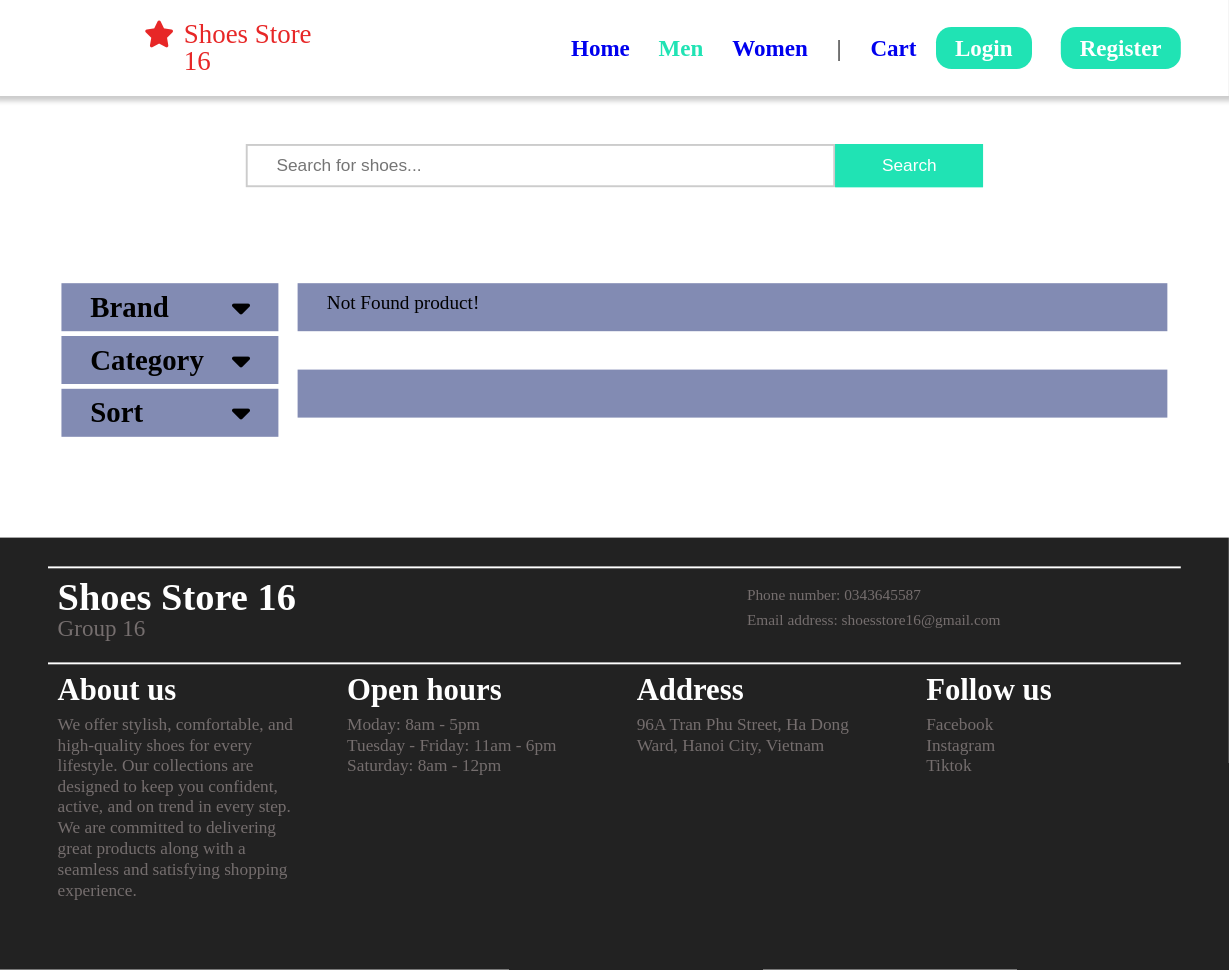
Repository: Trung0810/btl_cnpm_fe
Page: /men
The author's editor kept a copy of each file at every save. The page is drawn from the files as they stood at one save, then again after the next save.
The browser window is 1280 px wide. The pictures show the whole page, at 96% of full size.
The page's requests for data from a server got no answer. The project was rebuilt for these pictures with package versions that can differ from the ones it lists, and the page was loaded fresh each time. No one was signed in, and anything a server would have sent is missing. Also part of the build but not shown: src/components/shoes_list/ShoesCard.css, src/components/shoes_list/ShoesCard.js, src/components/overlay/Overlay.css, src/components/overlay/Overlay.js, src/components/popup/AddToCartFormPopup.css, src/components/popup/AddToCartFormPopup.js, src/components/shoes_list/ShoesList.css, src/components/shoes_list/ShoesList.js and 43 more.

Above is the page before, as saved 2026-04-21 08:22:19.

After the next save:
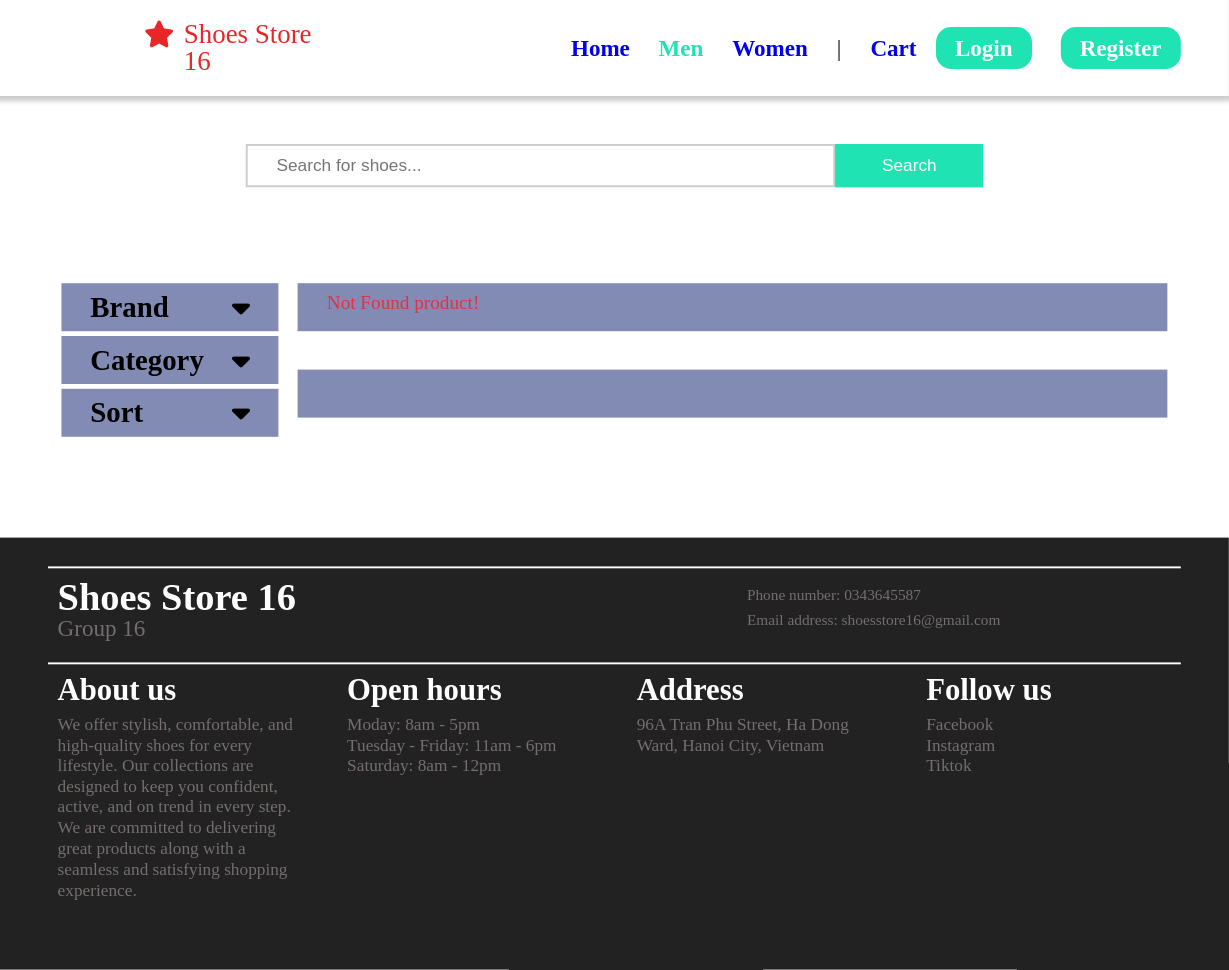
Saved 25 s later.
--- a/src/components/shoes_grid/ShoesGrid.js
+++ b/src/components/shoes_grid/ShoesGrid.js
@@ -115,7 +115,9 @@ const ShoesGrid = () => {
             </div>
           ))
         ) : (
-          <div style={{ fontSize: "20px" }}>Not Found product!</div>
+          <div style={{ fontSize: "20px", color: "#dc3545" }}>
+            Not Found product!
+          </div>
         )}
       </div>
       <div className="shoes-grid-layout">
